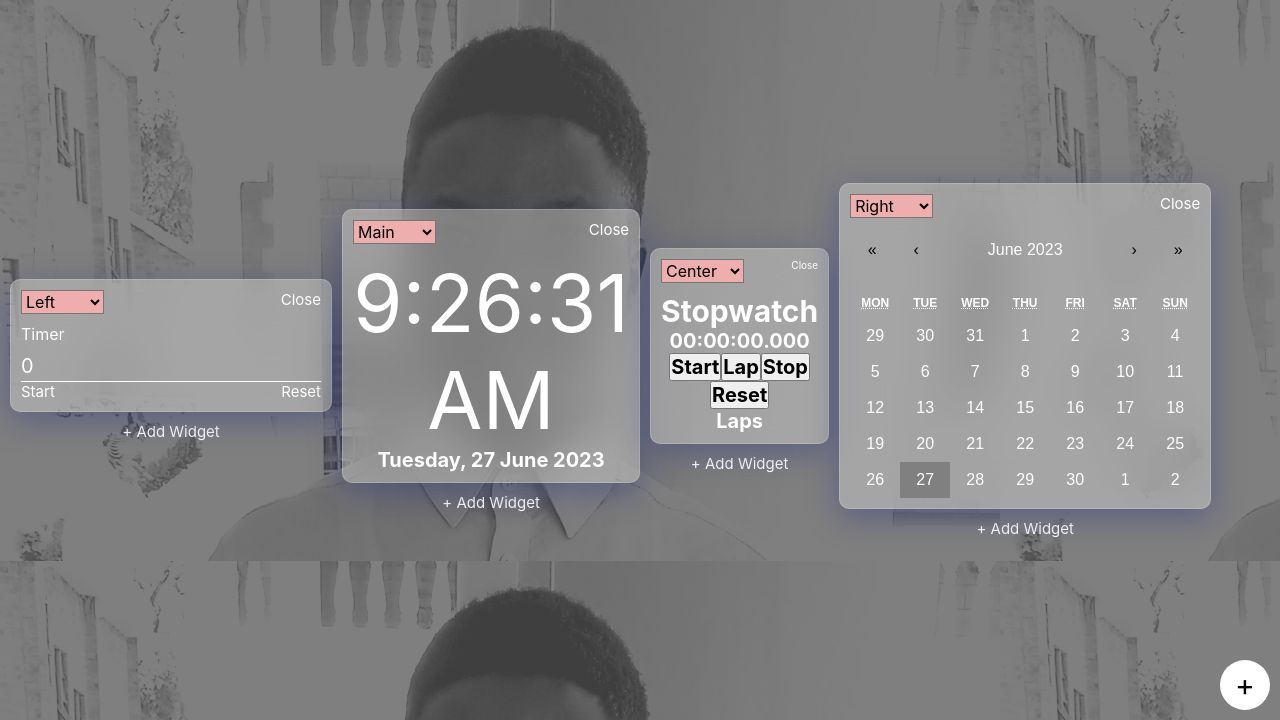
Repository: Angera-Silas/Planner-app
Page: /
These files come from the project's save history. The page is drawn as it stood at one moment and after the next save; the edit follows.
The browser window is 1280 px wide. The pictures show the whole page.
The project was rebuilt for these pictures with package versions that can differ from the ones it lists, and the page was loaded fresh each time. Also part of the build but not shown: src/widgets/ReminderListWidget.js, src/modals/WidgetGalleryModal.js.

Above is the page before, as saved 2023-06-27 19:05:31.

After the next save:
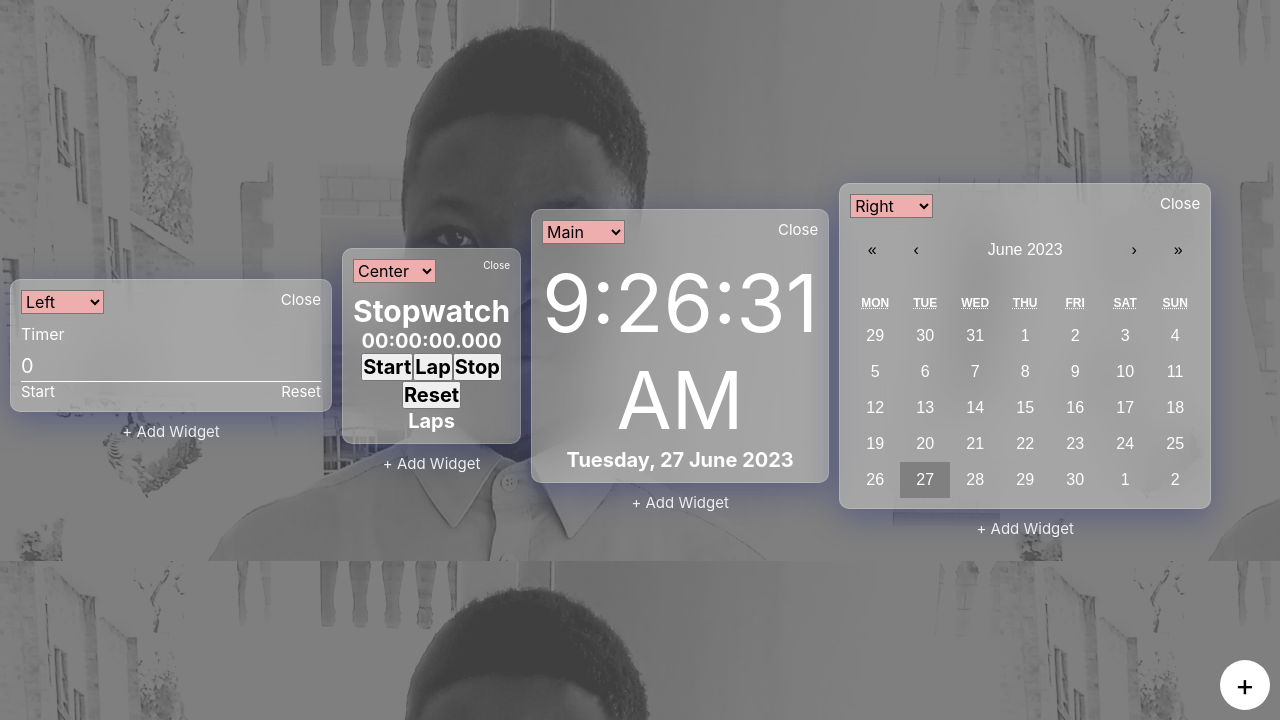
Saved 20 s later.
--- a/src/App.js
+++ b/src/App.js
@@ -116,6 +116,46 @@ function App() {
         }}>+ Add Widget</button>
       }
      </div>
+     <div className='center-widget'>
+      {widgets.length > 0 && widgets.map((widget, index) => {
+       if (widget.area === 'center-widget') {
+        return (
+         <div style={{ padding: 10,}} className='widget-container' >
+          <div style={{ marginBottom: 10 }}>
+           <select value={widget.area}
+            onChange={(e) => {
+             let widgetList = [...widgets]
+             widgetList[index].area = e.target.value
+             setWidgets(widgetList)
+            }}
+           >
+            <option value="none-widget">Floating</option>
+            <option value="left-widget">Left</option>
+            <option value="main-widget">Main</option>
+            <option value="right-widget">Right</option>
+            <option value="center-widget">Center</option>
+           </select>
+           <button
+            onClick={() => {
+             removeWidget(widget.id)
+            }}
+            style={{ background: "none", border: "none", color: "white", fontSize: "10px", cursor: "pointer", float: "right" }}
+           >Close</button>
+          </div>
+          {widget.component}
+         </div>
+        )
+       }
+      })}
+      {widgets.filter(widget => widget.area === 'center-widget').length < 2 &&
+       <button
+        className='add-widget-button'
+        onClick={() => {
+         setShowWidgetModal(true)
+         setSelectedWidgetArea('center-widget')
+        }}>+ Add Widget</button>
+      }
+     </div>
      <div className='main-widget'>
       {widgets.length > 0 && widgets.map((widget, index) => {
        if (widget.area === 'main-widget') {
@@ -153,46 +193,6 @@ function App() {
         onClick={() => {
          setShowWidgetModal(true)
          setSelectedWidgetArea('main-widget')
-        }}>+ Add Widget</button>
-      }
-     </div>
-     <div className='center-widget'>
-      {widgets.length > 0 && widgets.map((widget, index) => {
-       if (widget.area === 'center-widget') {
-        return (
-         <div style={{ padding: 10,}} className='widget-container' >
-          <div style={{ marginBottom: 10 }}>
-           <select value={widget.area}
-            onChange={(e) => {
-             let widgetList = [...widgets]
-             widgetList[index].area = e.target.value
-             setWidgets(widgetList)
-            }}
-           >
-            <option value="none-widget">Floating</option>
-            <option value="left-widget">Left</option>
-            <option value="main-widget">Main</option>
-            <option value="right-widget">Right</option>
-            <option value="center-widget">Center</option>
-           </select>
-           <button
-            onClick={() => {
-             removeWidget(widget.id)
-            }}
-            style={{ background: "none", border: "none", color: "white", fontSize: "10px", cursor: "pointer", float: "right" }}
-           >Close</button>
-          </div>
-          {widget.component}
-         </div>
-        )
-       }
-      })}
-      {widgets.filter(widget => widget.area === 'center-widget').length < 2 &&
-       <button
-        className='add-widget-button'
-        onClick={() => {
-         setShowWidgetModal(true)
-         setSelectedWidgetArea('center-widget')
         }}>+ Add Widget</button>
       }
      </div>
